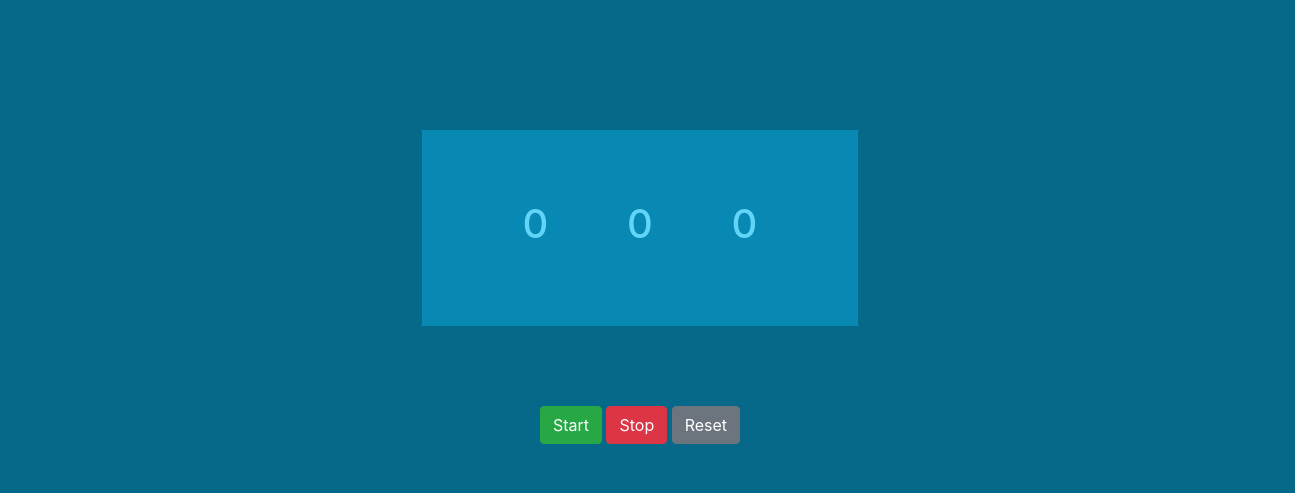
Repository: moiz9265/stopwatch
Page: index.html
The author's editor kept a copy of each file at every save. The page is drawn from the files as they stood at one save, then again after a run of saves.
The browser window is 1280 px wide. The page is 1295 px wide, so the pictures cover 1295 px, including what lies to the right of the window. The pictures show the whole page.

Above is the page before, as saved 2020-07-09 22:59:56.

### index.html
<!DOCTYPE html>
<html lang="en">
  <head>
    <meta charset="utf-8">
    <title>Stop Watch</title>

    <link rel="stylesheet" href="css/bootstrap.min.css">
    <link rel="stylesheet" href="css/style.css" type="text/css">
    <script src="js/app.js">

    </script>
  </head>
  <body>
      <!-- <h1  style="text-align: center;">Stop Watch</h1> -->
        <div class="row" style="margin-top: 80px;">
            <div class="col-md-4">

            </div>
            <div id="maindiv" style=" text-align: center;" class="col-sm-12 col-md-4">
                <h1>0</h1>
                <h1>0</h1>
                <h1>0</h1>
                <!-- <h1>0</h1> -->
            </div>
            <div class="col-md-4">

            </div>

        </div>
        <div class="row" style="margin-top: 80px;">
            <div class="col-md-4">

            </div>
            <div  style=" text-align: center;" class="col-sm-12 col-md-4">
               <button class="btn btn-md btn-success">Start</button>
               <button class="btn btn-md btn-danger">Stop</button>
               <button class="btn  btn-secondary">Reset</button>

            </div>
            <div class="col-md-4">

            </div>

        </div>

  </body>
  <script src="js/jquery-3.2.1.slim.min.js"></script>
  <script src="js/popper.min.js"></script>
  <script src="js/bootstrap.min.js"> </script>
</html>

### css/style.css
body{
    background-color: #066989;
}

#maindiv
{
        margin-top: 50px;
    width: 40%;
    background-color: #0789B3;
    padding-top: 70px;
    padding-bottom: 70px;
    padding-left: 30px;
    padding-right: 30px;


}

h1
{
    display: inline-block;
    width: 100px;
   text-align: center;
   color: #62D4F8;
}

Loaded but not shown: css/bootstrap.min.css (library); js/jquery-3.2.1.slim.min.js (library); js/popper.min.js (library); js/bootstrap.min.js (library); js/app.js (no stored copy; drawn as an empty file)

After the next 2 saves:
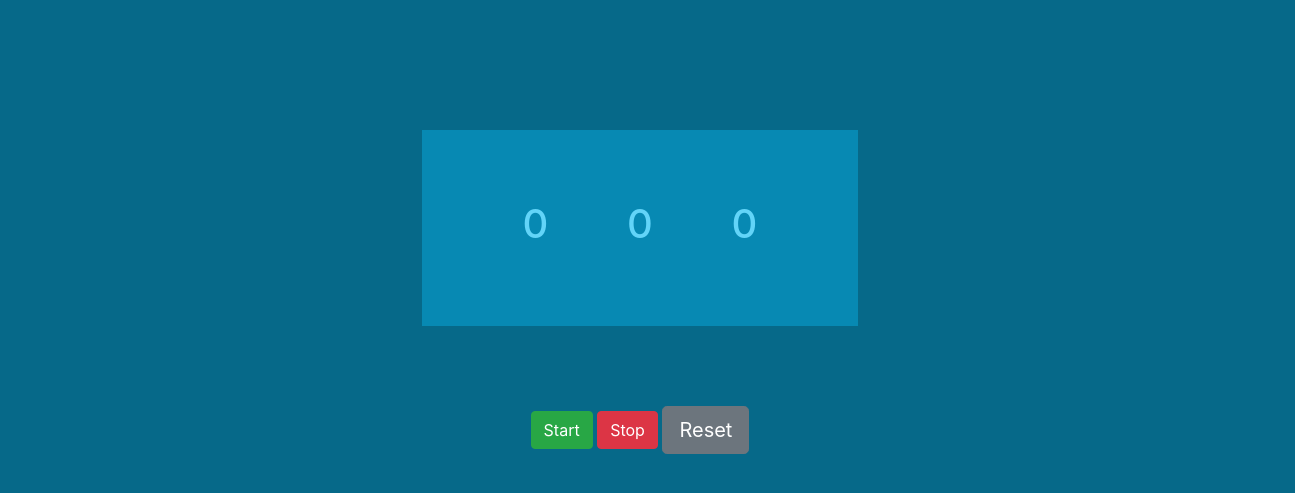
The 2 saves are shown as one change because they came seconds apart.
The last was saved 12 s later.
--- a/index.html
+++ b/index.html
@@ -34,7 +34,7 @@
             <div  style=" text-align: center;" class="col-sm-12 col-md-4">
                <button class="btn btn-md btn-success">Start</button>
                <button class="btn btn-md btn-danger">Stop</button>
-               <button class="btn  btn-secondary">Reset</button>
+               <button class="btn btn-lg btn-secondary">Reset</button>
 
             </div>
             <div class="col-md-4">
